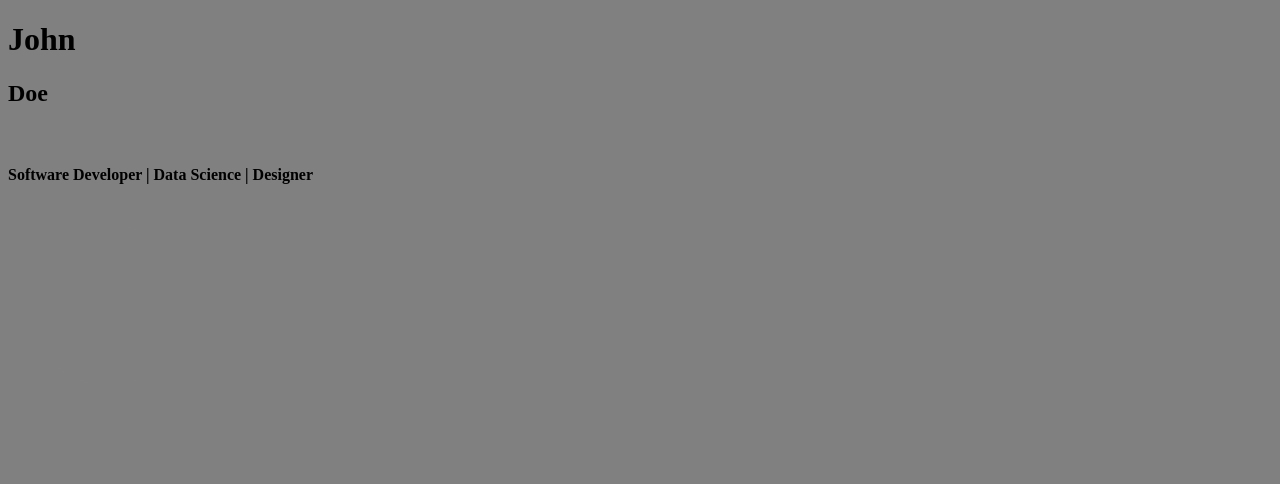
Repository: mrjayajay/week-1-code-challenges
Page: assignment/index.html
The author's editor kept a copy of each file at every save. The page is drawn from the files as they stood at one save, then again after the next save.
The browser window is 1280 px wide. The pictures show the whole page.

Above is the page before, as saved 2024-03-10 16:58:21.

After the next save:
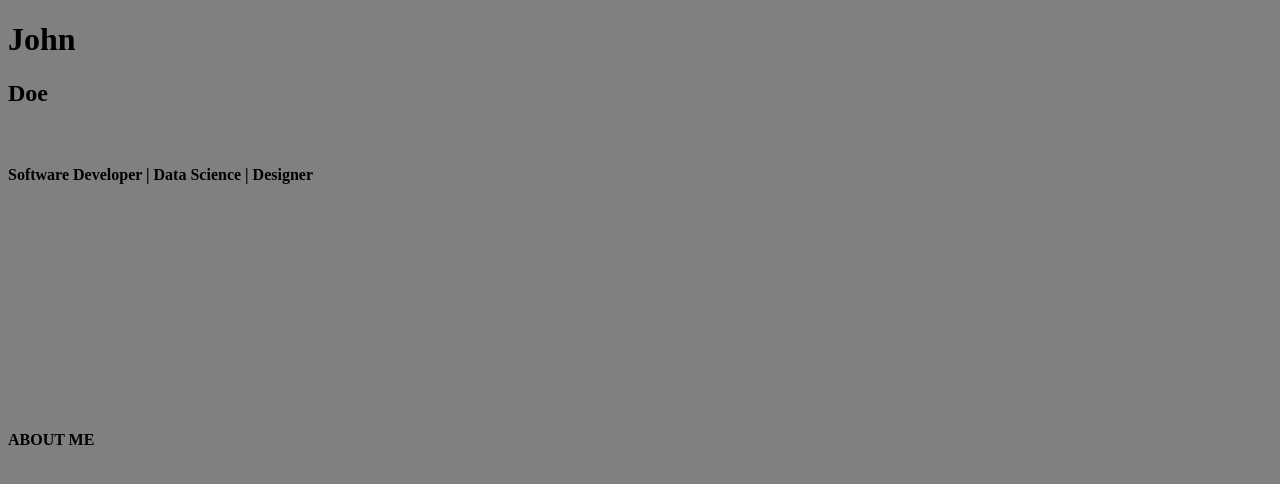
Saved 61 s later.
--- a/assignment/index.html
+++ b/assignment/index.html
@@ -16,6 +16,8 @@
     <circle cx="100" cy="100" r="80" fill="grey" stroke="black" stroke-width="0"/></svg>
        <br>
     </div>
+    <h4 text-align="centre">ABOUT ME</h4>
+
 
         </body>
     </svg>
